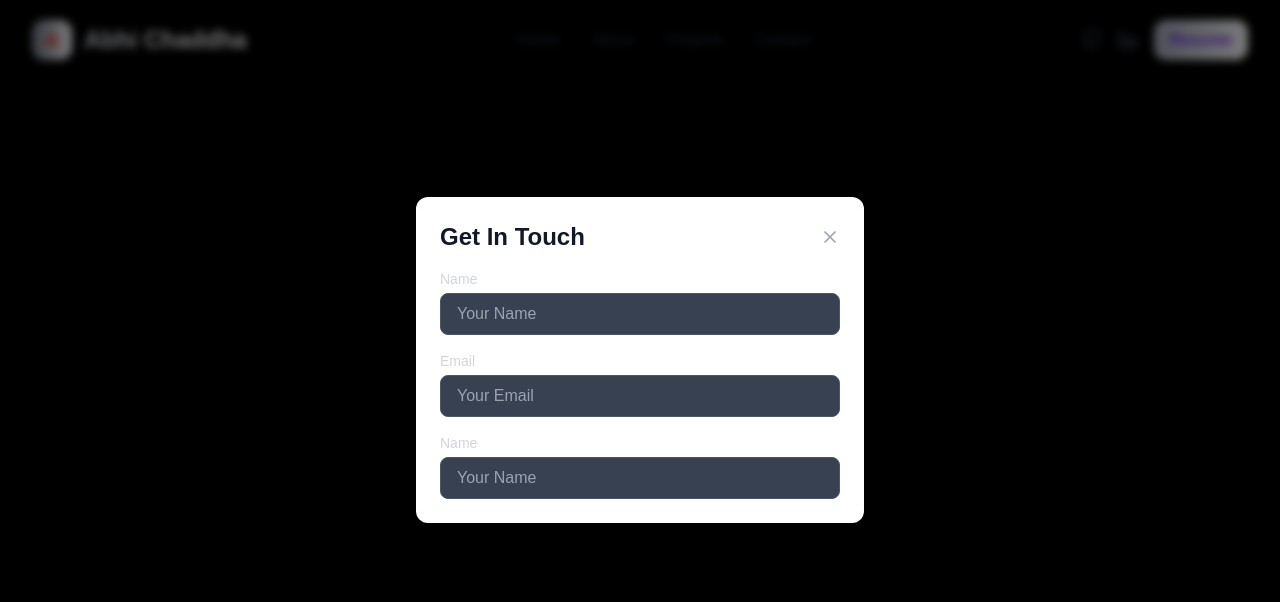
Repository: 532ab/portfolio-website
Page: /, after clicking the first element matching `button.ml-4`
The author's editor kept a copy of each file at every save. The page is drawn from the files as they stood at one save, then again after the next save.
The browser window is 1280 px wide. The pictures show the whole page.
The project was rebuilt for these pictures with package versions that can differ from the ones it lists, and the page was loaded fresh each time. Also part of the build but not shown: vite.config.js.

Above is the page before, as saved 2026-01-25 13:37:01.

### src/index.css
@tailwind base;
@tailwind components;
@tailwind utilities;

body {
  overflow-x: hidden;
  font-family: Arial, Helvetica, sans-serif;
  margin: 0;
  padding: 0;
  width: 100%;
  position: relative;
  background-color: black;
  color: white;

}

### src/App.jsx
import Header from "./components/Header"

export default function App() {
  return (
    <>
      <Header />
    </>
  )
}

### src/components/Header.jsx
import { motion } from "framer-motion";
import { a } from "framer-motion/client";
import { FiGithub,FiLinkedin, FiMenu, FiX } from "react-icons/fi";
import { useState } from "react";

const Header = () => {
    // Toggle the Menu open/close
    const[isOpen, setIsOpen] = useState(false);
    const toggleMenu = () => setIsOpen(!isOpen);

    // State to track if the contact form is open
    const [contactFormOpen, setContactFormOpen] = useState(false);
    const openContactForm = () => setContactFormOpen(true)
    const closeContactForm = () => setContactFormOpen(false)
  return (
    <header className="absolute w-full z-50 transition-all duration-300">
        <div className = "container mx-auto px-4 sm:px-6 lg:px-8 flex items-center justify-between h-16 md:h-20">
            {/* Logo/Name */}
            <motion.div
             initial = {{ opacity: 0, x: -100}}
             animate = {{ opacity: 1, x: 0}}
             transition = {{
                type: "spring",
                stiffness: 100,
                damping: 25,
                delay: 0.3,
                duration: 1.3,
            }}
            className = "flex items-center">
                <div className = "h-10 w-10 rounded-xl bg-gradient-to-r from-gray-500 to-gray-100 flex items-center justify-center text-red-600 font-bold text-xl mr-3">
                    A
                </div>

                <span className = "text-2xl font-bold bg-gradient-to-r from-gray-300 to-gray-100 bg-clip-text text-transparent">
                    Abhi Chaddha
                </span>

            </motion.div>

        {/* Desktop Navigation */}
        <nav className = "lg:flex hidden space-x-8">
            {["Home", "About", "Projects", "Contact"].map((item,
                index) => (
                    <motion.a
                    key = {item}
                    initial = {{ opacity: 0, y:-20}}
                    animate = {{ opacity: 1, y: 0}}
                    transition = {{
                        type: "spring",
                        stiffness: 100,
                        damping: 20,
                        delay: 1.4,
                    }}
                    className = "relative text-gray-800 dark:text-gray-200 hover:violet-600 dark:hover:text-violet-400 font-medium transition-colors duration-300 group"
                    href = "#">
                        {item}
                        <span className="absolute bottom-0 left-0 w-0 h-0.5 bg-violet-600 group-hover:w-full transition-all duration-300">

                        </span>
                    </motion.a>

                ))}
            </nav>
            {/* Social Icons - Desktop */}
            <div className = "md:flex hidden items-center space-x-4">
                    <motion.a
                    initial = {{opacity: 0, scale: 0.5}}
                    animate= {{opacity: 1, scale: 1}}
                    transition = {{delay: 1.3, duration: 0.8}}
                        className = "text-gray-700 dark:text-gray-300 hover:text-violet-600 dark:hover:text-violet-400 transition-colors" href = "#">
                        <FiGithub className = "w-5 h-5">

                        </FiGithub>
                    </motion.a>
                     <motion.a
                    initial = {{opacity: 0, scale: 0.5}}
                    animate= {{opacity: 1, scale: 1}}
                    transition = {{delay: 1.3, duration: 0.8}}
                        className = "text-gray-700 dark:text-gray-300 hover:text-blue-600 dark:hover:text-blue-400 transition-colors duration-300" href = "#">
                        <FiLinkedin className = "w-5 h-5">

                        </FiLinkedin>
                    </motion.a>
                    {/* Resume button */}
                <motion.button
                    onClick = {openContactForm}
                    intial = {{ opacity: 0, scale: 0.8}}
                    animate = {{opacity: 1, scale: 1}}
                    transition = {{ delay: 1.6, duration: 0.8, type: "spring", stiffness: 100, damping: 15,}}
                    className = "ml-4 px-4 py-2 rounded-xl bg-gradient-to-r from-gray-400 to-gray-100 text-violet-700 font-bold hover:from-violet-700 hover:to-purple-700 hover:text-white transition-all duration-500">
                        Resume
                </motion.button>
            </div>
            {/* Mobile Menu Button */}
            <div className = "md:hidden flex items-center">
                <motion.button
                whileTap = {{scale: 0.7}}
                onClick = {toggleMenu}
                className = "text-gray-300">
                    { isOpen ? <FiX className = "h-6 wi-6" /> : <FiMenu className = "h-6 w-6" />}
                </motion.button>

            </div>
        </div>
        {/* Mobile Menu */}
        <motion.div
        initial = {{opacity: 0, height: 0 }}
        animate = {{ opacity: isOpen ? 1 : 0,
            height: isOpen ? "auto" : 0, }}
            transition = {{duration: 0.5}}
             className = "md:hidden overflow-hidden bg-white dark:bg-gray-900 shadow-lg px-4 py-5 space-y-5">
            <nav className = "flex flex-col space-y-3">
                {["Home", "About", "Projects", "Contact" ].map((item) =>
                (
                    <a
                    onClick = {toggleMenu}
                    className = "text-gray-300 font-medium py-2"
                    key = {item} href ="#">
                        {item}
                    </a>
                ))}
            </nav>
            <div className = "pt-4 border-t border-gray-200 dakr:border-gray-700">
                <div className = "flex space-x-5">
                    <a href = "#">
                        <FiGithub className = "h-4 w-5 text-gray-300" />
                    </a>
                    <a href = "#">
                        <FiLinkedin className = "h-4 w-5 text-gray-300" />
                    </a>
                    <button
                    onClick = {() => {
                        toggleMenu()
                     }} className = "mt-4 block w-full px-4 py-2 rounded-lg bg-gradient-to-r from-violet-600 to-violet-400 font-bold">
                        Contact Me
                    </button>
                    </div>

            </div>
        </motion.div>

        {/* Contact Form */}
        {contactFormOpen && (
  <motion.div
    initial={{ opacity: 0 }}
    animate={{ opacity: 1 }}
    exit={{ opacity: 0 }}
    transition={{ duration: 0.5 }}
    className="fixed inset-0 bg-black/50 backdrop-blur-sm z-50 flex items-center justify-center p-4"
    onClick={closeContactForm}
  >
    {/* Modal Card */}
    <div
      className="bg-white dark:bg-gray-800 rounded-xl shadow-xl w-full max-w-md p-6"
      onClick={(e) => e.stopPropagation()}
    >
      {/* Header */}
      <div className="flex items-center justify-between mb-4">
        <h1 className="text-2xl font-bold text-gray-900 dark:text-white">
          Get In Touch
        </h1>

        <button onClick={closeContactForm}>
          <FiX className="w-5 h-5 text-gray-400 hover:text-gray-200" />
        </button>
      </div>

      {/* Input Form */}
      <form className="space-y-4">
        <div>
          <label
            htmlFor="name"
            className="block text-sm font-medium text-gray-300 mb-1"
          >
            Name
          </label>

          <input
            type="text"
            id="name"
            placeholder="Your Name"
            className="w-full px-4 py-2 border border-gray-600 rounded-lg focus:ring-2 focus:ring-violet-500 focus:border-violet-500 bg-gray-700"
          />
        </div>

        <div>
          <label
            htmlFor="email"
            className="block text-sm font-medium text-gray-300 mb-1"
          >
            Email
          </label>

          <input
            type="email"
            id="email"
            placeholder="Your Email"
            className="w-full px-4 py-2 border border-gray-600 rounded-lg focus:ring-2 focus:ring-violet-500 focus:border-violet-500 bg-gray-700"
          />
        </div>

        <div>
          <label
            htmlFor="name"
            className="block text-sm font-medium text-gray-300 mb-1"
          >
            Name
          </label>

          <input
            type="text"
            id="name"
            placeholder="Your Name"
            className="w-full px-4 py-2 border border-gray-600 rounded-lg focus:ring-2 focus:ring-violet-500 focus:border-violet-500 bg-gray-700"
          />
        </div>
      </form>
    </div>
  </motion.div>
)}

    </header>
  )
}

export default Header

Loaded but not shown: index.html (common file); src/main.jsx (common file); tailwind.config.js (common file)

After the next save:
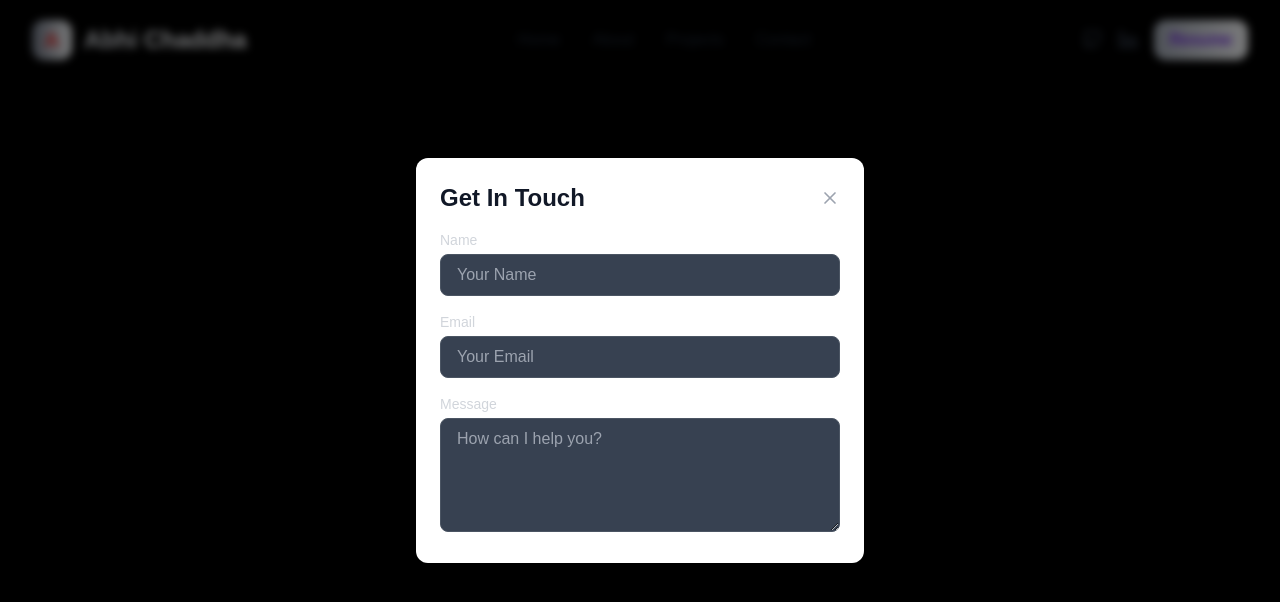
Saved 65 s later.
--- a/src/components/Header.jsx
+++ b/src/components/Header.jsx
@@ -201,16 +201,15 @@
 
         <div>
           <label
-            htmlFor="name"
+            htmlFor="message"
             className="block text-sm font-medium text-gray-300 mb-1"
           >
-            Name
+            Message
           </label>
-
-          <input
-            type="text"
-            id="name"
-            placeholder="Your Name"
+            <textarea
+            rows = "4"
+            id="message"
+            placeholder="How can I help you?"
             className="w-full px-4 py-2 border border-gray-600 rounded-lg focus:ring-2 focus:ring-violet-500 focus:border-violet-500 bg-gray-700"
           />
         </div>
